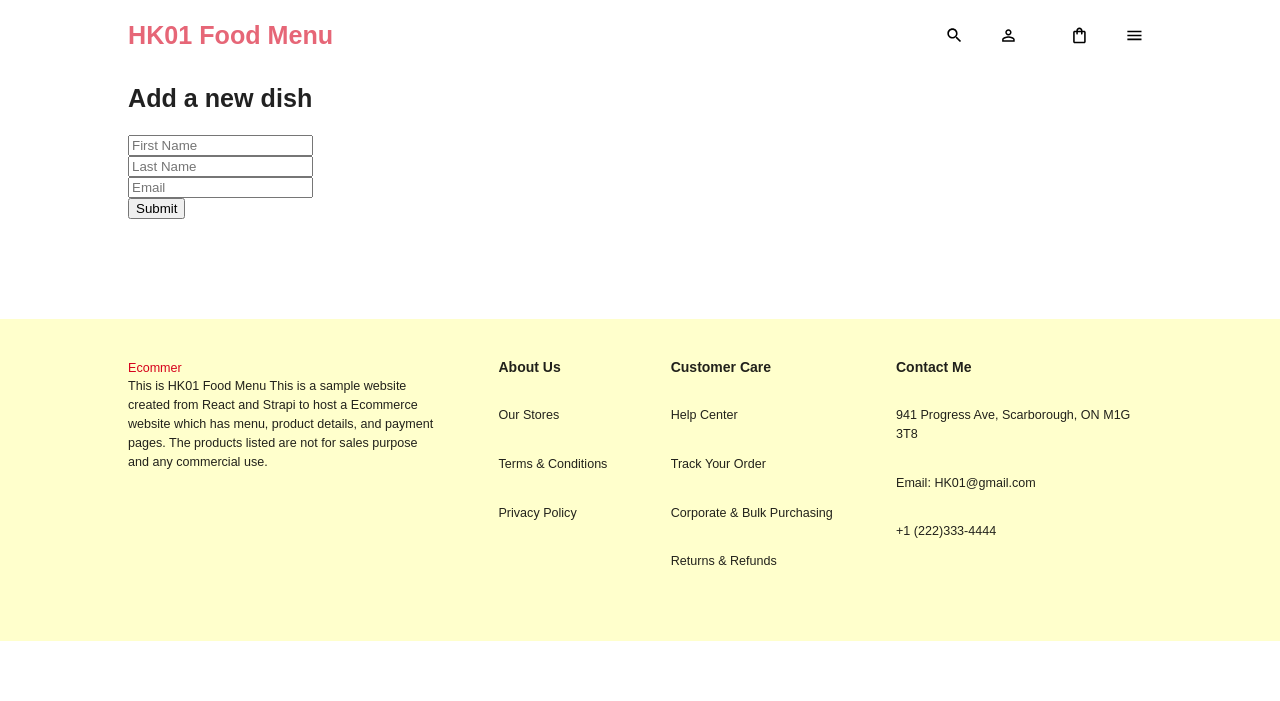
Repository: victorleung93/comp231-002-Team-1-_HK01_FoodMenu
Page: /itemform (app in client/)
An editor plug-in stored every save of this project. The page is shown before and after the next save, followed by the edit.
The browser window is 1280 px wide. The pictures show the whole page.
Some web fonts or font styles are not loaded; a fallback is used. The project was rebuilt for these pictures with package versions that can differ from the ones it lists, and the page was loaded fresh each time. Also part of the build but not shown: client/src/scenes/home/MainCarousel.jsx, client/src/components/itemList.jsx, client/src/scenes/home/ShoppingList.jsx, client/src/scenes/home/Subscribe.jsx, client/src/scenes/home/Home.jsx, client/src/scenes/about/About.jsx, client/src/scenes/menu/Menu.jsx, client/src/scenes/order/order.jsx and 1 more.

Above is the page before, as saved 2023-04-05 15:33:13.

### client/public/index.html
<!DOCTYPE html>
<html lang="en">
  <head>
    <meta charset="utf-8" />
    <link rel="icon" href="%PUBLIC_URL%/favicon.ico" />
    <meta name="viewport" content="width=device-width, initial-scale=1" />
    <meta name="theme-color" content="#000000" />
    <meta
      name="description"
      content="Web site created using create-react-app"
    />
    <link rel="apple-touch-icon" href="%PUBLIC_URL%/logo192.png" />
    <!--
      manifest.json provides metadata used when your web app is installed on a
      user's mobile device or desktop. See https://developers.google.com/web/fundamentals/web-app-manifest/
    -->
    <link rel="manifest" href="%PUBLIC_URL%/manifest.json" />
    <!--
      Notice the use of %PUBLIC_URL% in the tags above.
      It will be replaced with the URL of the `public` folder during the build.
      Only files inside the `public` folder can be referenced from the HTML.

      Unlike "/favicon.ico" or "favicon.ico", "%PUBLIC_URL%/favicon.ico" will
      work correctly both with client-side routing and a non-root public URL.
      Learn how to configure a non-root public URL by running `npm run build`.
    -->
    <title>HK01</title>
  </head>
  <body>
    <noscript>You need to enable JavaScript to run this app.</noscript>
    <div id="root"></div>
    <!--
      This HTML file is a template.
      If you open it directly in the browser, you will see an empty page.

      You can add webfonts, meta tags, or analytics to this file.
      The build step will place the bundled scripts into the <body> tag.

      To begin the development, run `npm start` or `yarn start`.
      To create a production bundle, use `npm run build` or `yarn build`.
    -->
  </body>
</html>

### client/src/index.js
import React from 'react';
import ReactDOM from 'react-dom/client';
import './index.css';
import App from './App';
import { ThemeProvider } from '@mui/material/styles';
import { CssBaseline } from '@mui/material';
import { theme } from './theme';
import { Provider } from 'react-redux';
import { configureStore } from '@reduxjs/toolkit';
import cartReducer from "./state";

const store = configureStore({
  reducer: {cart: cartReducer},
})

const root = ReactDOM.createRoot(document.getElementById('root'));
root.render(
  <React.StrictMode>
    <Provider store={store}>
      <ThemeProvider theme={theme}>
        <CssBaseline/>
        <App />
      </ThemeProvider>
    </Provider>
  </React.StrictMode>
);

### client/src/index.css
@import url('https://fonts.googleapis.com/css2?family=Fauna+One&display=swap');

*{
  box-sizing: border-box;
}

body {
  margin: 0;
  padding:0;
}

.App{
  margin: auto;
}
img{
  object-fit: cover  ;
  border-radius: 10px;
  position:static;
}

### client/src/App.js
import { useEffect } from "react";
import {
  BrowserRouter,
  Routes,
  Route,
  useLocation
} from 'react-router-dom';
import Home from "./scenes/home/Home";
import About from "./scenes/about/About";
import Menu from "./scenes/menu/Menu";
import Navbar from "./scenes/global/Navbar";
import Order from "./scenes/order/order";
import CartMenu from "./scenes/global/CartMenu";
import ItemDetails from "./scenes/itemdetail/ItemDetails";
import Itemform from "./scenes/itemform/Itemform";
import Footer from './scenes/global/Footer';


const ScrollToTop = () =>{
  const { pathname} = useLocation();
  useEffect(() =>{
    window.scrollTo(0,0);
  }, [pathname]  )

  return null;
}

function App() {
  return (
    <div className="App">

      <BrowserRouter>
      <Navbar/>
        <ScrollToTop/>
        <Routes>
          <Route path="/" element={<Home/>}/>
          <Route path="/about" element={<About/>}/>
          <Route path="/menu" element={<Menu/>}/>
          <Route path="/order" element={<Order/>}/>
          <Route path="/item/:itemId" element={<ItemDetails/>}/>
          <Route path="/itemform" element={<Itemform/>}/>

        </Routes>
        <CartMenu/>
        <Footer className="Footer" />
      </BrowserRouter>

    </div>
  );
}

export default App;

### client/src/theme.js

import {createTheme} from '@mui/material/styles';

export const shades = {
    primary:{
        100: "#cccccc",
        200: "#999999",
        300: "#666666",
        400: "#333333",
        500: "#000000",
        600: "#000000",
        700: "#000000",
        800: "#000000",
        900: "#000000"
    },
    secondary:{
        100: "#f7ccd2",
        200: "#ef99a4",
        300: "#e66677",
        400: "#de3349",
        500: "#d6001c",
        600: "#ab0016",
        700: "#800011",
        800: "#56000b",
        900: "#2b0006"
    },
    neutral:{
        100: "#ffffcc",
        200: "#ffff99",
        300: "#ffff66",
        400: "#ffff33",
        500: "#ffff00",
        600: "#cccc00",
        700: "#999900",
        800: "#666600",
        900: "#333300"
    }
}

export const theme = createTheme({
    palette:{
        parimary:{
            main:shades.primary[500]
        },
        secondary:{
            main: shades.secondary[500]
        },
        neutral:{
            dark: shades.neutral[700],
            main: shades.neutral[500],
            light: shades.neutral[100]
        }
    },
    typography:{
        fontFamily: ["Fauna One", "sans-serif"].join(","),
        fontSize: 11,
        h1:{
            fontFamily: ["Cinzel", "sans-serif"].join(","),
        fontSize: 48,
        },
        h2:{
            fontFamily: ["Cinzel", "sans-serif"].join(","),
        fontSize: 36,
        },
        h3:{
            fontFamily: ["Cinzel", "sans-serif"].join(","),
        fontSize: 24, color:shades.primary[700]
        },
        h4:{
            fontFamily: ["Cinzel", "sans-serif"].join(","),
        fontSize: 14,
        },
    }

})

### client/src/state/index.js

import { createSlice } from "@reduxjs/toolkit";

const initialState = {
  isCartOpen: false,
  cart: [],
  items: [],
};

export const cartSlice = createSlice({
  name: "cart",
  initialState,
  reducers: {
    setItems: (state, action) => {
      state.items = action.payload;
    },

    addToCart: (state, action) => {
        const itemToAdd = action.payload.item;
        const existingItem = state.cart.find(item => item.id === itemToAdd.id);
        if (existingItem) {
          // If the item already exists in the cart, increment its count
          existingItem.count += itemToAdd.count;
        } else {
          // Otherwise, add the new item to the cart
          state.cart.push(itemToAdd);
        }
      },

    removeFromCart: (state, action) => {
      state.cart = state.cart.filter((item) => item.id !== action.payload.id);
    },

    increaseCount: (state, action) => {
      state.cart = state.cart.map((item) => {
        if (item.id === action.payload.id) {
          item.count++;
        }
        return item;
      });
    },

    decreaseCount: (state, action) => {
      state.cart = state.cart.map((item) => {
        if (item.id === action.payload.id && item.count > 1) {
          item.count--;
        }
        return item;
      });
    },

    setIsCartOpen: (state) => {
      state.isCartOpen = !state.isCartOpen;
    },
  },
});

export const {
  setItems,
  addToCart,
  removeFromCart,
  increaseCount,
  decreaseCount,
  setIsCartOpen,
} = cartSlice.actions;


export default cartSlice.reducer;

### client/src/scenes/global/Navbar.jsx

import { useDispatch, useSelector } from 'react-redux';
import { Badge, Box, IconButton} from '@mui/material';
import { PersonOutline, ShoppingBagOutlined, MenuOutlined, SearchOutlined } from '@mui/icons-material';
import { useNavigate,Link } from 'react-router-dom';
import { shades } from "../../theme";
import { setIsCartOpen } from '../../state';

/* Trial 1   */
import React, { useState } from 'react';
import * as FaIcons from 'react-icons/fa';
import * as AiIcons from 'react-icons/ai';

import { SidebarData } from './SidebarData';
import './Navbar.css';
import { IconContext } from 'react-icons';




const Navbar = () =>{
    const [sidebar, setSidebar] = useState(false);

    const showSidebar = () => setSidebar(!sidebar);

    const Navigate = useNavigate();
    const dispatch = useDispatch();
    const cart = useSelector((state) => state.cart.cart)
    return (
        <div className='Navbar'>
    <Box display="flex" alignItems="center" width="100%" height="70px" backgroundColor="rgba(255,255,255,0.9)" color="black" position="fixed" top="0" left="0" zIndex="1" margin="0 0 10px 0" >
        <Box width="80%" margin="auto" display="flex" justifyContent="space-between" alignItems="center">
            <Box
            onClick={() => Navigate("/")}
            sx={{'&:hover':{ cursor:"pointer"}}}
            color={shades.secondary[300]}>
                <h1>HK01 Food Menu</h1>
            </Box>
            <Box display="flex" justifyContent="space-between" columnGap="20px"zIndex={2}>
                <IconButton sx={{ color: "black", '&:hover':{ backgroundColor:"orange"}}} >
                    <SearchOutlined/>
                </IconButton>
                <IconButton sx={{ color: "black", '&:hover':{ backgroundColor:"orange"}}}>
                    <PersonOutline/>
                </IconButton>
                <Badge badgeContent = {cart.length} color="secondary" invisible={cart.length ===0 } sx={{ "& .MuiBadge-badeg":{
                    right:5, top:5, padding: "0 4px", height:"14px", minWidth:"13px"
                }}}>
                    <IconButton sx={{ color: "black" , '&:hover':{ backgroundColor:"orange"}}} onClick ={()=> dispatch(setIsCartOpen({}))}>
                        <ShoppingBagOutlined/>
                    </IconButton>
                </Badge>
                <IconButton sx={{ color: "black", '&:hover':{ backgroundColor:"orange"}}} onClick={showSidebar}>
                    <MenuOutlined />
                    <nav className={sidebar ? 'nav-menu active' : 'nav-menu'}>
                        <ul className='nav-menu-items' onClick={showSidebar}>
                            <li className='navbar-toggle'>
                            <Link to='#' className='menu-bars'>
                                <AiIcons.AiOutlineClose />
                            </Link>
                            </li>
                            {SidebarData.map((item, index) => {
                            return (
                                <li key={index} className={item.cName}>
                                <Link to={item.path}>
                                    {item.icon}
                                    <span>{item.title}</span>
                                </Link>
                                </li>
                            );
                            })}
                        </ul>
                    </nav>
                </IconButton>

            </Box>
        </Box>
    </Box>
    </div>
    )
}

export default Navbar;

### client/src/scenes/global/CartMenu.jsx

import { Box, Button, Divider, IconButton, Typography} from "@mui/material";
import { useSelector, useDispatch } from 'react-redux';
import  CloseIcon  from '@mui/icons-material/Close';
import  RemoveIcon  from '@mui/icons-material/Remove';
import  AddIcon  from '@mui/icons-material/Add';
import styled from '@emotion/styled';
import { shades } from "../../theme";
import { decreaseCount, increaseCount, removeFromCart, setIsCartOpen } from "../../state";
import { useNavigate } from "react-router-dom";

const FlexBox = styled(Box)`
display:fles;
jsutify-content: space-between;
align-items:center
`

const CartMenu = ()=>{
    const navigate = useNavigate();
    const dispatch = useDispatch();
    const cart = useSelector((state)=> state.cart.cart);
    const isCartOpen = useSelector((state)=> state.cart.isCartOpen);


    const totalPrice = cart.reduce((total, item)=>{
        return total + item.count * item.attributes.price;
    }, 0 ).toFixed(2);

    return(
        <Box  //overlay
            display={isCartOpen ? "block": 'none'}
            backgroundColor="rgba(0,0,0,0.4)"
            position="fixed"
            zIndex={10}
            width="100%"
            height="100%"
            left="0"
            top="0"
            overflow="auto"
        >

        <Box
            position={"fixed"}
            right = "0"
            top = "0"
            backgroundColor= "white"
            width = "max(400px, 30%)"
            height = "75%"
        >
                <Box padding="30px" overflow="auto" height="100%">
                    {/*Header*/}
                    <FlexBox mb="15px">
                        <Typography variant="h3">Shopping Cart ({cart.length})</Typography>
                        <IconButton  onClick ={()=> dispatch(setIsCartOpen({}))}>
                            <CloseIcon sx={{fontSize:"2rem"}}/>
                        </IconButton>
                    </FlexBox>
                    {/*Cart List*/}
                    <Box>
                        {cart.map((item) => (

                            <Box key={`${item.attributes.name}-${item.id}`}>
                                <FlexBox p="15px 0">
                                    <Box flex = "1 1 40%">
                                        <img  width="123px" height="164px" src={`http://localhost:1337${item?.attributes?.image?.data?.attributes?.url}`} alt={item?.name} />
                                    </Box>
                                    <Box flex = "1 1 60%">
                                        <FlexBox mb="5px">
                                            <Typography fontWeight="bold">
                                                {item.attributes.name}
                                            </Typography>
                                            <IconButton onClick={()=> dispatch(removeFromCart({ id:item.id}))}>
                                                <CloseIcon/>
                                            </IconButton>
                                        </FlexBox>

                                        <Typography>
                                            {item.attributes.shortDexcription}
                                        </Typography>
                                        {/*Amount*/}
                                        <FlexBox m="5px 0">
                                            <Box display="flex" alignItems="center" border={`1.5px solid ${shades.neutral[600]}`} m=" 0 10px">
                                                <IconButton onClick={()=> dispatch(decreaseCount({ id:item.id }))}>
                                                    <RemoveIcon/>
                                                </IconButton>
                                                <Typography>
                                                    {item.count}
                                                </Typography>
                                                <IconButton onClick={()=> dispatch(increaseCount({ id:item.id }))}>
                                                    <AddIcon/>
                                                </IconButton>
                                            </Box>
                                            {/*Price*/}
                                                <Typography marginLeft="20px" fontWeight="bold">
                                                    ${item.attributes.price}
                                                </Typography>
                                        </FlexBox>

                                    </Box>
                                </FlexBox>
                                <Divider/>
                            </Box>
                        ))}
                    </Box>

                    {/* Actions */}
                    <Box m="20px 0">
                        <FlexBox m="20px 0">
                            <Typography fontWeight="bold"> Subtotal:</Typography>
                            <Typography fontWeight="bold" sx={{ml:"200px"}}  > ${totalPrice} </Typography>
                        </FlexBox>
                        <Button  sx={{
                            backgroundColor: shades.primary[400],
                            color: "white",
                            minWidth: "100px",
                            padding: "20px 40px",
                            m: "20px 0",
                            '&:hover':{ backgroundColor: shades.neutral[300], color:"black" }
                        }} onClick={() => {
                            navigate("/order");
                            dispatch(setIsCartOpen({}));
                        }}>Checkout</Button>
                    </Box>
                </Box>
            </Box>
        </Box>
    )
};


export default CartMenu;

### client/src/scenes/itemform/Itemform.jsx
import React, { useState } from 'react'

const Itemform = () =>{
    const [formData, setFormData] = useState({
        // firstName: '',
        // lastName: '',
        // email: '',
        name:''
      });

      // Handle form submit
      const handleSubmit = (e) => {
        e.preventDefault();
        // Do something with form data, e.g. send it to an API

        console.log(formData);
      };

      // Handle form field changes
      const handleChange = (e) => {
        const { name, value } = e.target;
        setFormData((prevState) => ({ ...prevState, [name]: value }));
      };
    return (
            <div className='form' style={{width:"80%", margin:"80px auto"}}>
                <h1>Add a new dish</h1>
                <form onSubmit={handleSubmit}>
                    {/* Form fields */}
                    <input
                        type="text"
                        name="firstName"
                        value={formData.firstName}
                        onChange={handleChange}
                        placeholder="First Name"
                    /><br></br>
                    <input
                        type="text"
                        name="lastName"
                        value={formData.lastName}
                        onChange={handleChange}
                        placeholder="Last Name"
                    /><br></br>
                    <input
                        type="email"
                        name="email"
                        value={formData.email}
                        onChange={handleChange}
                        placeholder="Email"
                    /><br></br>
                    {/* Submit button */}
                    <button type="submit">Submit</button>
                </form>

            </div>





    )
}


export default Itemform;

### client/src/scenes/global/Footer.jsx
import { useTheme } from "@emotion/react";
import { shades } from "../../theme";
import { Box, Typography } from "@mui/material";
import './Footer.css'

const Footer = () =>{
    const {
        palette: { neutral },
      } = useTheme();

    return(
        <div className="footer">
        <Box  margin="100px 0 0 0 " padding="40px 0" backgroundColor= { neutral.light } >
            <Box width="80%" margin="auto" display="flex" justifyContent="space-between" flexwrap="wrap" rowGap="30px" columnGap="clamp(20px, 30px, 40px)">

                <Box width="clamp(20%, 30%, 40%)">
                    <Typography color={shades.secondary[500]}> Ecommer</Typography>
                    <Box>
                        This is HK01 Food Menu
                        This is a sample website created from React and Strapi to host a Ecommerce website which has menu, product details, and payment pages.
                        The products listed are not for sales purpose and any commercial use.
                    </Box>
                </Box>

                <Box>
                    <Typography variant="h4" fontWeight="bold" mb="30px">
                        About Us
                    </Typography>

                    <Typography mb="30px">Our Stores</Typography>
                    <Typography mb="30px">Terms & Conditions</Typography>
                    <Typography mb="30px">Privacy Policy</Typography>
                </Box>

                <Box>
                    <Typography variant="h4" fontWeight="bold" mb="30px">
                        Customer Care
                    </Typography>
                    <Typography mb="30px">Help Center</Typography>
                    <Typography mb="30px">Track Your Order</Typography>
                    <Typography mb="30px">Corporate & Bulk Purchasing</Typography>
                    <Typography mb="30px">Returns & Refunds</Typography>
                </Box>

                <Box width="clamp(20%, 25%, 30%)">
                    <Typography variant="h4" fontWeight="bold" mb="30px">
                        Contact Me
                    </Typography>
                    <Typography mb="30px">
                    941 Progress Ave, Scarborough, ON M1G 3T8
                    </Typography>
                    <Typography mb="30px" sx={{ wordWrap: "break-word" }}>
                        Email: HK01@gmail.com
                    </Typography>
                    <Typography mb="30px">+1 (222)333-4444</Typography>
                </Box>

            </Box>
        </Box>
        </div>
    )
};

export default Footer;

### client/src/scenes/global/SidebarData.jsx
import React from 'react';
import * as FaIcons from 'react-icons/fa';
import * as AiIcons from 'react-icons/ai';
import * as IoIcons from 'react-icons/io';
import * as MdIcons from 'react-icons/md';

export const SidebarData = [
  {
    title: 'Home',
    path: '/',
    icon: <AiIcons.AiFillHome />,
    cName: 'nav-text'
  },
  {
    title: 'About',
    path: '/about',
    icon: <IoIcons.IoIosPaper />,
    cName: 'nav-text'
  },
  {
    title: 'Menu',
    path: '/menu',
    icon: <MdIcons.MdMenuBook />,
    cName: 'nav-text'
  },
  {
    title: 'Order',
    path: '/order',
    icon: <IoIcons.IoMdRestaurant />,
    cName: 'nav-text'
  }
];

### client/src/scenes/global/Navbar.css
.Navbar{
  position:absolute;
  top: 0%;
  left: 0%;
  right: 0%;
}

.navbar {
    background-color: #060b26;
    height: 80px;
    display: flex;
    justify-content: start;
    align-items: center;
  }

  .menu-bars {
    margin-left: 2rem;
    font-size: 2rem;
    background: none;
  }

  .nav-menu {
    background-color: #060b26;
    width: 250px;
    height: 100vh;
    display: flex;
    justify-content: center;
    position: fixed;
    top: 0;
    left:auto;
    right: -100%;
    transition: 850ms;
    z-index: 10;
  }

  .nav-menu.active {
    right: 0;
    transition: 350ms;
    z-index: 20;
  }

  .nav-text {
    display: flex;
    justify-content: start;
    align-items: center;
    padding: 8px 0px 8px 16px;
    list-style: none;
    height: 60px;
  }

  .nav-text a {
    text-decoration: none;
    color: #f5f5f5;
    font-size: 18px;
    width: 95%;
    height: 100%;
    display: flex;
    align-items: center;
    padding: 0 16px;
    border-radius: 4px;
  }

  .nav-text a:hover {
    background-color: #1a83ff;
  }

  .nav-menu-items {
    width: 100%;
  }

  .navbar-toggle {
    background-color: #060b26;
    width: 100%;
    height: 80px;
    display: flex;
    justify-content: start;
    align-items: center;
  }

  span {
    margin-left: 16px;
  }

### client/src/scenes/global/Footer.css
.footer{

}

After the next save:
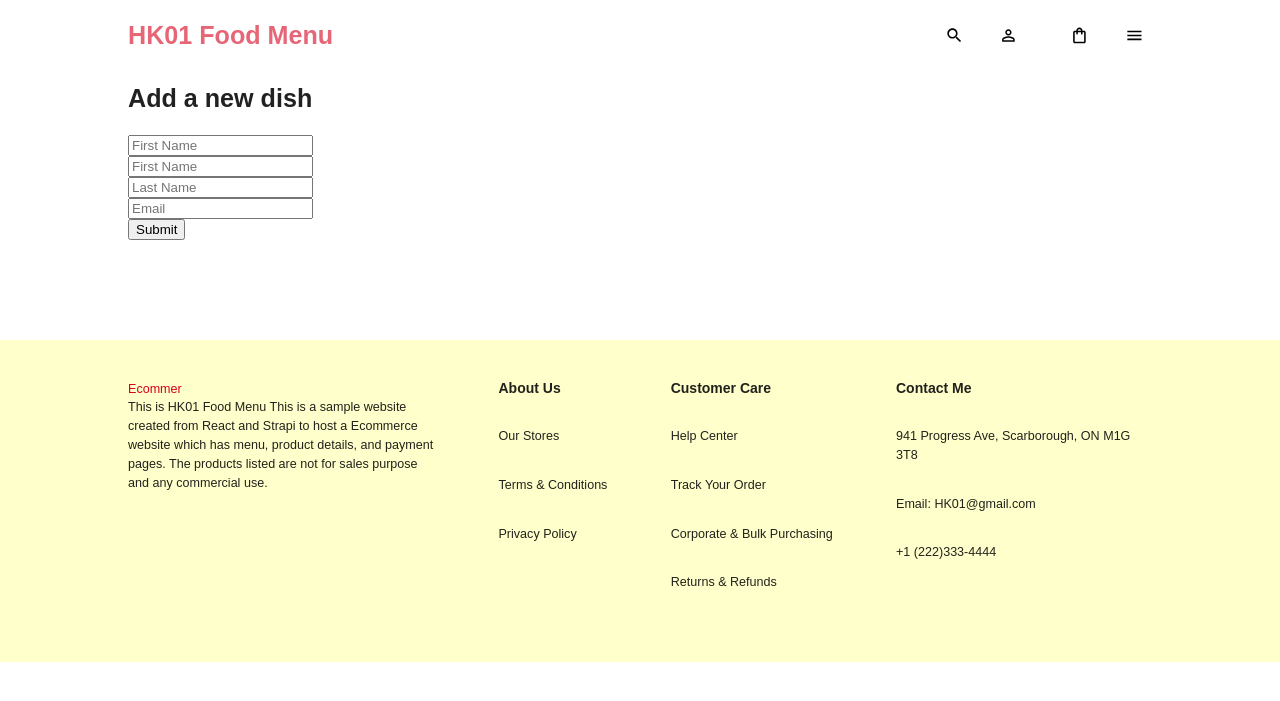
Saved 20 s later.
--- a/client/src/scenes/itemform/Itemform.jsx
+++ b/client/src/scenes/itemform/Itemform.jsx
@@ -35,6 +35,13 @@ const Itemform = () =>{
                     /><br></br>
                     <input
                         type="text"
+                        name="firstName"
+                        value={formData.firstName}
+                        onChange={handleChange}
+                        placeholder="First Name"
+                    /><br></br>
+                    <input
+                        type="text"
                         name="lastName"
                         value={formData.lastName}
                         onChange={handleChange}
